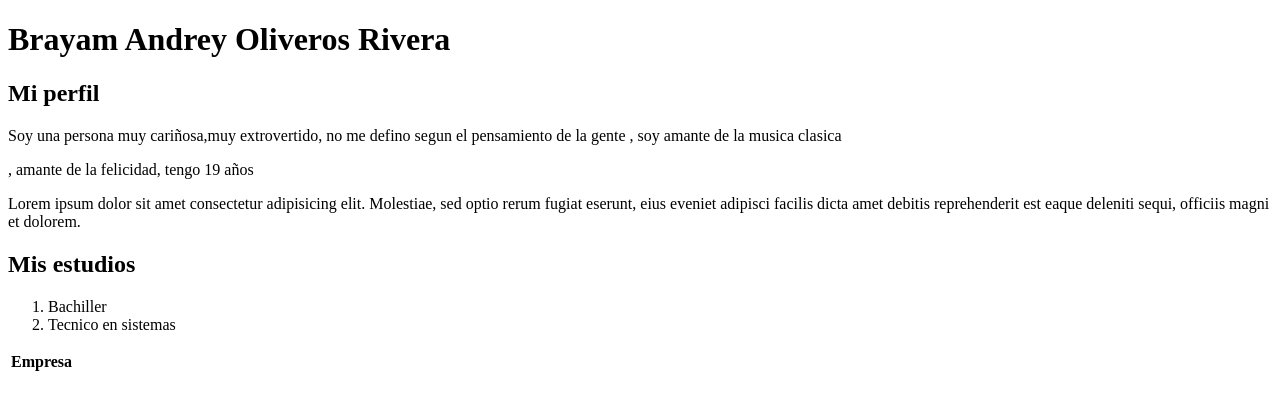
Repository: AndreyRi13/clasesweb
Page: index.html
The author's editor kept a copy of each file at every save. The page is drawn from the files as they stood at one save, then again after a run of saves.
The browser window is 1280 px wide. The pictures show the whole page.

Above is the page before, as saved 2020-09-17 07:24:22.

After the next 2 saves:
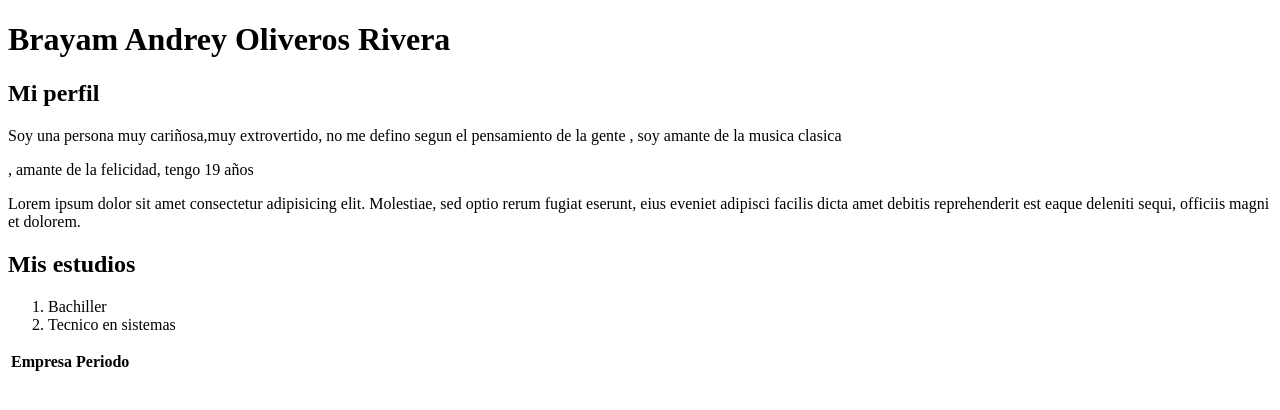
The 2 saves are shown as one change because they came seconds apart.
The last was saved 7 s later.
--- a/index.html
+++ b/index.html
@@ -25,7 +25,7 @@
     <table>
         <tr>
             <th>Empresa</th>
-
+            <th>Periodo</th>
         </tr>
 
     </table>
